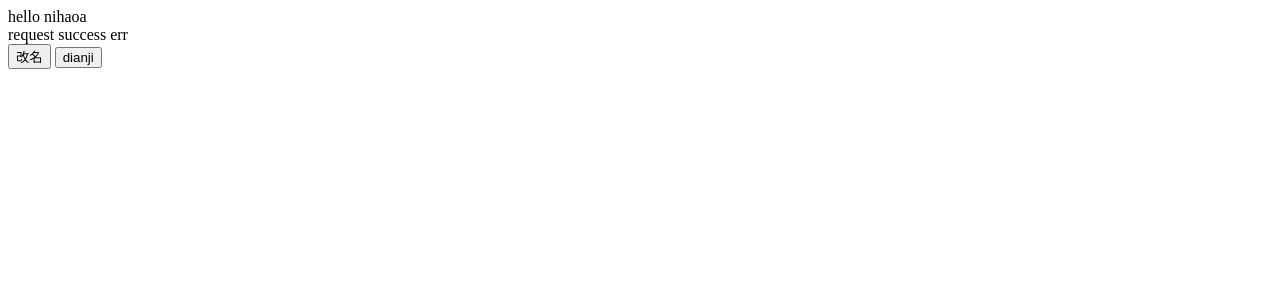
Repository: zgw88/vite-svelte
Page: /
These files come from the project's save history. The page is drawn as it stood at one moment and after the next save; the edit follows.
The browser window is 1280 px wide. The pictures show the whole page.
The project was rebuilt for these pictures with package versions that can differ from the ones it lists, and the page was loaded fresh each time. Also part of the build but not shown: vite.config.js, src/app.css, src/lib/Counter.svelte.

Above is the page before, as saved 2022-08-08 17:32:04.

After the next save:
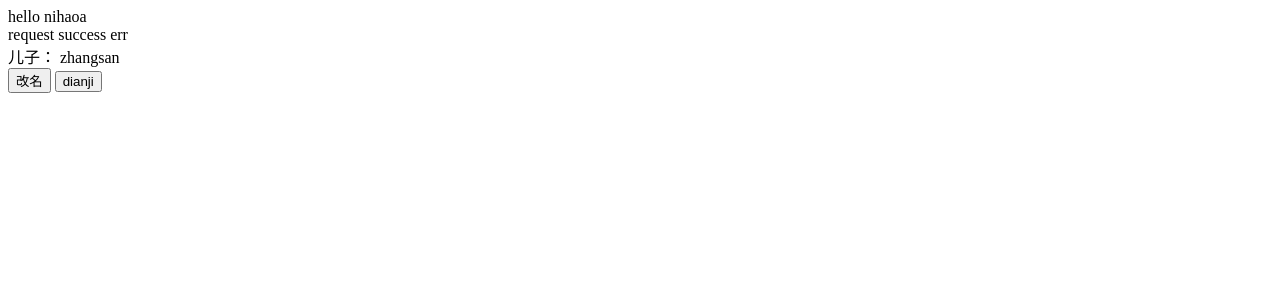
Saved 7 s later.
--- a/src/App.svelte
+++ b/src/App.svelte
@@ -74,6 +74,8 @@ import Phone from './lib/phone.svelte'
   <span>{`${error} err`}</span>
 {/await}
 
+<Phone />
+
 <div on:click={handleClickP}>
   <button on:click|stopPropagation={handleClick}>改名</button>
   <button on:click={handleCount}>dianji</button>
